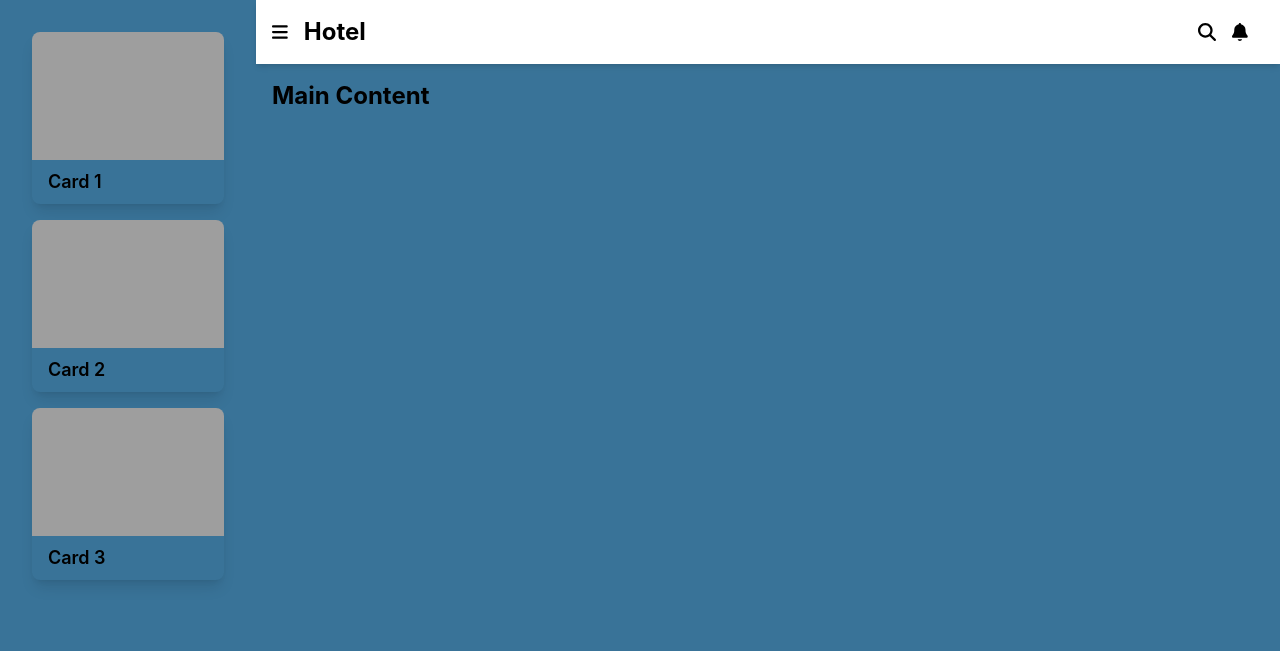
Repository: musabismael/Hotel
Page: /
The author's editor kept a copy of each file at every save. The page is drawn from the files as they stood at one save, then again after the next save.
The browser window is 1280 px wide. The pictures show the whole page.
Pictures or frames that could not be fetched are drawn as grey boxes. The project was rebuilt for these pictures with package versions that can differ from the ones it lists, and the page was loaded fresh each time. Also part of the build but not shown: vite.config.js.

Above is the page before, as saved 2023-09-30 14:21:18.

After the next save:
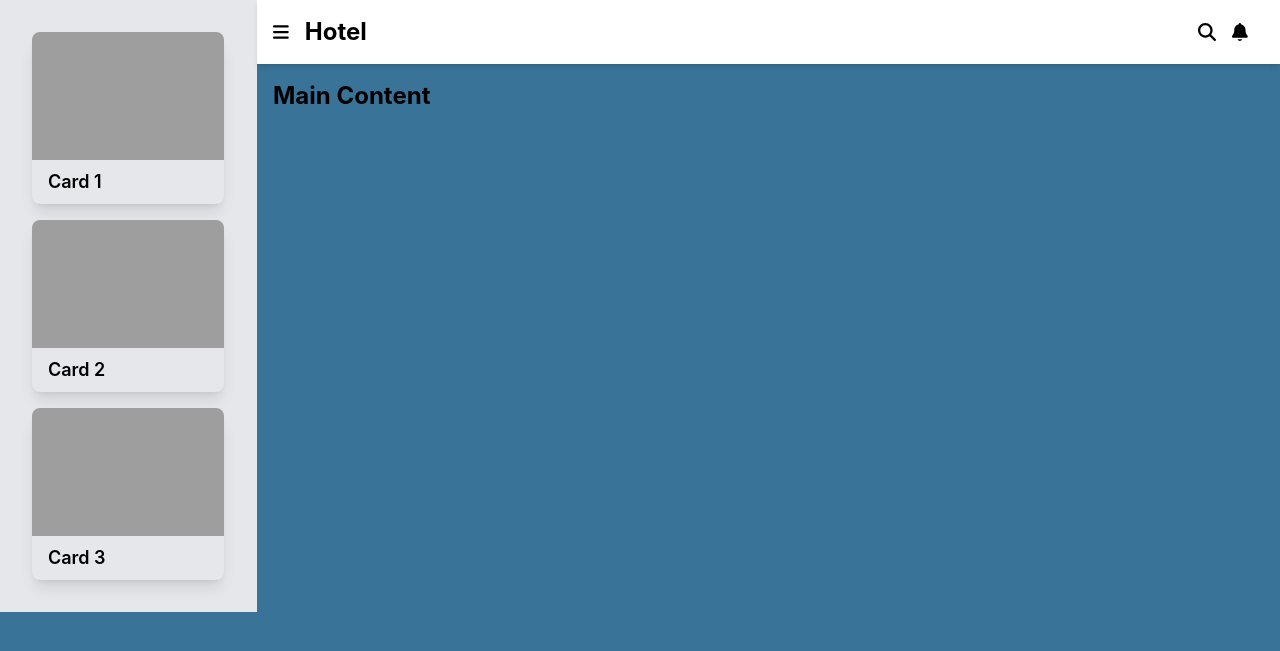
Saved 3 min 20 s later.
--- a/src/component/Sidebar.jsx
+++ b/src/component/Sidebar.jsx
@@ -24,7 +24,7 @@
     console.log(`Card with ID ${id} clicked`);
   };
   return (
-    <aside className="#3f7b9f  w-1/5 min-h-screen p-4">
+    <aside       className="bg-gray-200 p-4 border-r border-3f7b9f"    >
       <nav>
 
         {cardData.map((card) => (

After the save that followed:
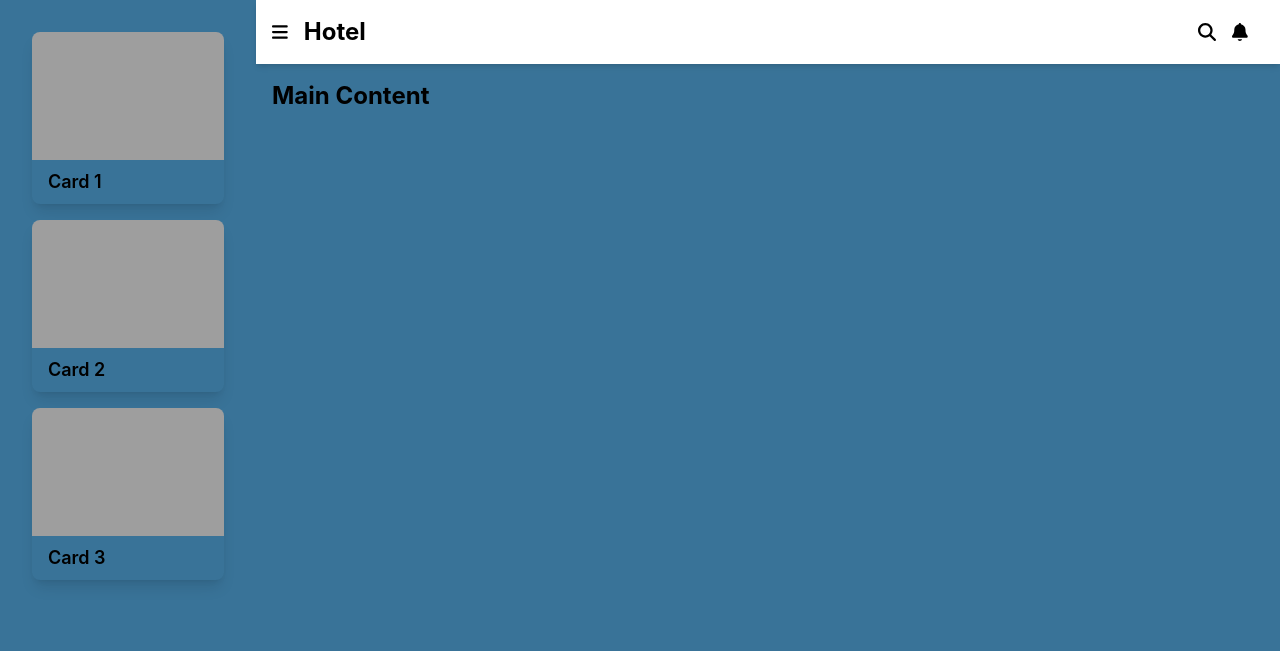
Saved 9 s later.
--- a/src/component/Sidebar.jsx
+++ b/src/component/Sidebar.jsx
@@ -24,7 +24,7 @@
     console.log(`Card with ID ${id} clicked`);
   };
   return (
-    <aside       className="bg-gray-200 p-4 border-r border-3f7b9f"    >
+    <aside className="#3f7b9f  w-1/5 min-h-screen p-4">
       <nav>
 
         {cardData.map((card) => (
